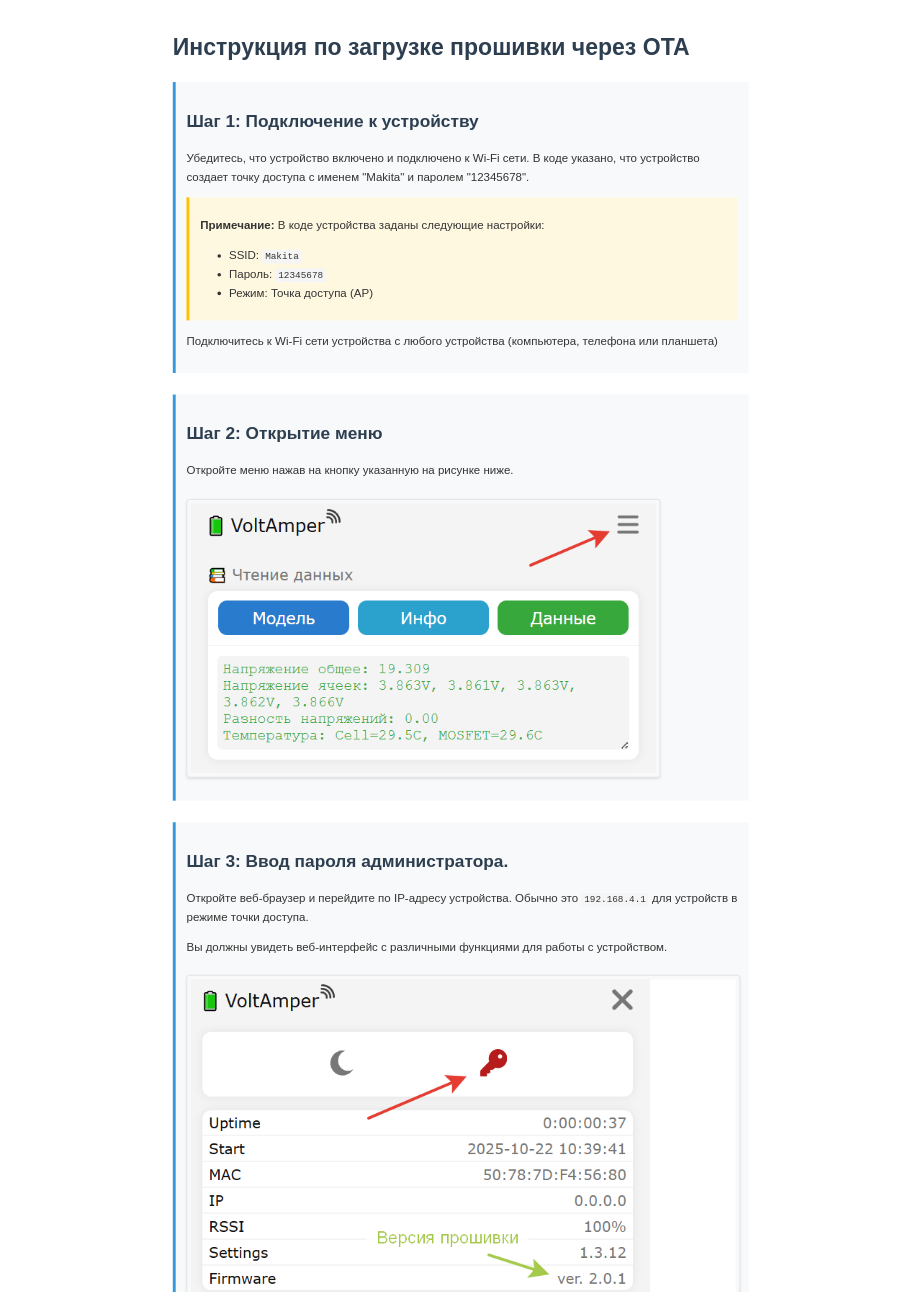
Repository: NikElectronics/ELIXStoFIX
Page: firware.html
An editor plug-in stored every save of this project. The page is shown before and after the next save, followed by the edit.
The browser window is 1280 px wide. The pictures show the part of the page from y = 0 to 1795 px (the page is 5376 px tall before and 5309 px after), at 72% of full size.
A picture or video elsewhere on the page could not be fetched, so the positions and the page height are approximate.

Above is the page before, as saved 2025-10-22 08:20:51.

After the next save:
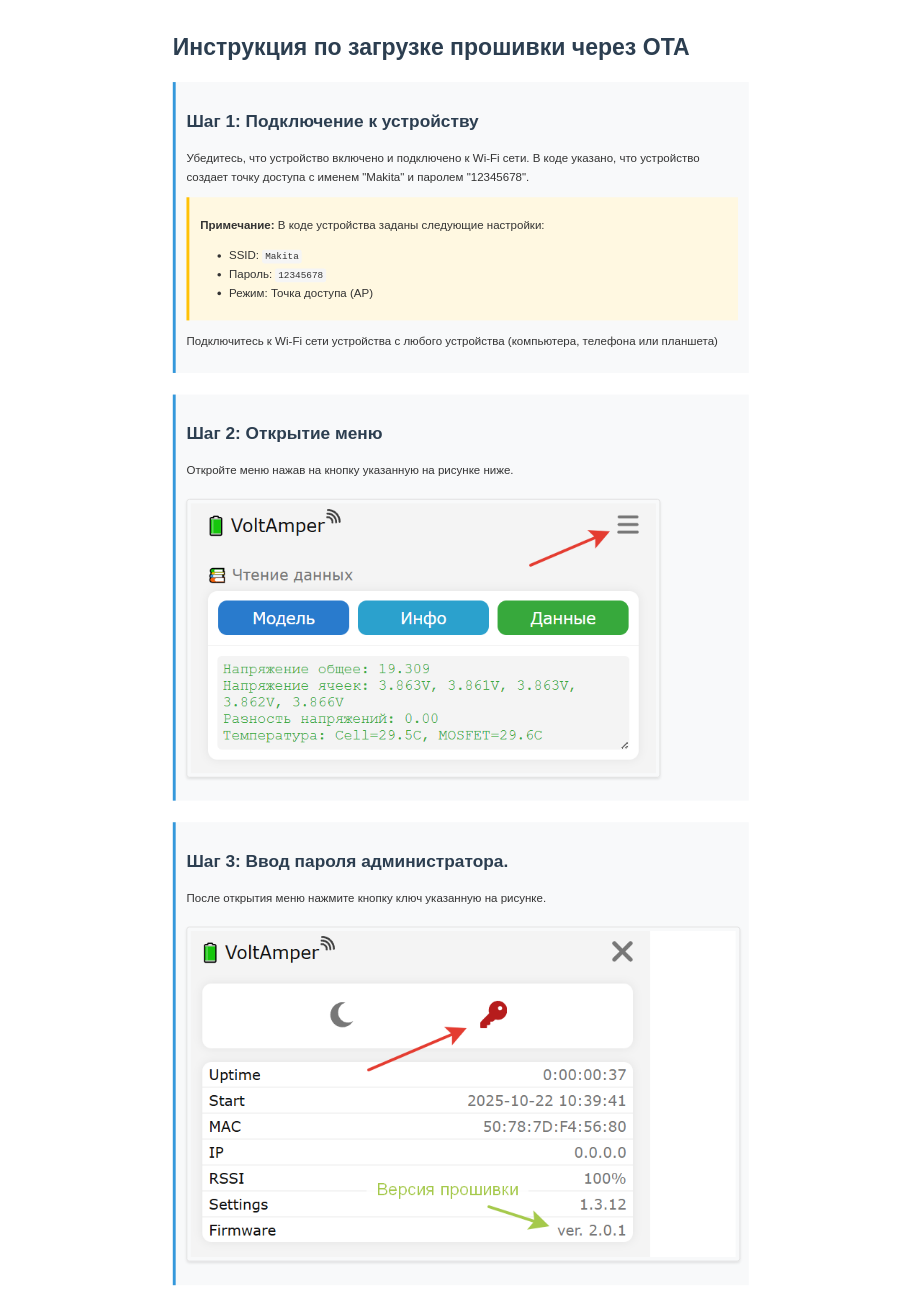
Saved 89 s later.
--- a/firware.html
+++ b/firware.html
@@ -76,8 +76,7 @@
 
     <div class="step">
         <h2>Шаг 3: Ввод пароля администратора.</h2>
-        <p>Откройте веб-браузер и перейдите по IP-адресу устройства. Обычно это <code>192.168.4.1</code> для устройств в режиме точки доступа.</p>
-        <p>Вы должны увидеть веб-интерфейс с различными функциями для работы с устройством.</p>
+        <p>После открытия меню нажмите кнопку ключ указанную на рисунке.</p>
         <img src="images/menu_open.png" alt="Главная страница веб-интерфейса" class="screenshot">
     </div>
 
